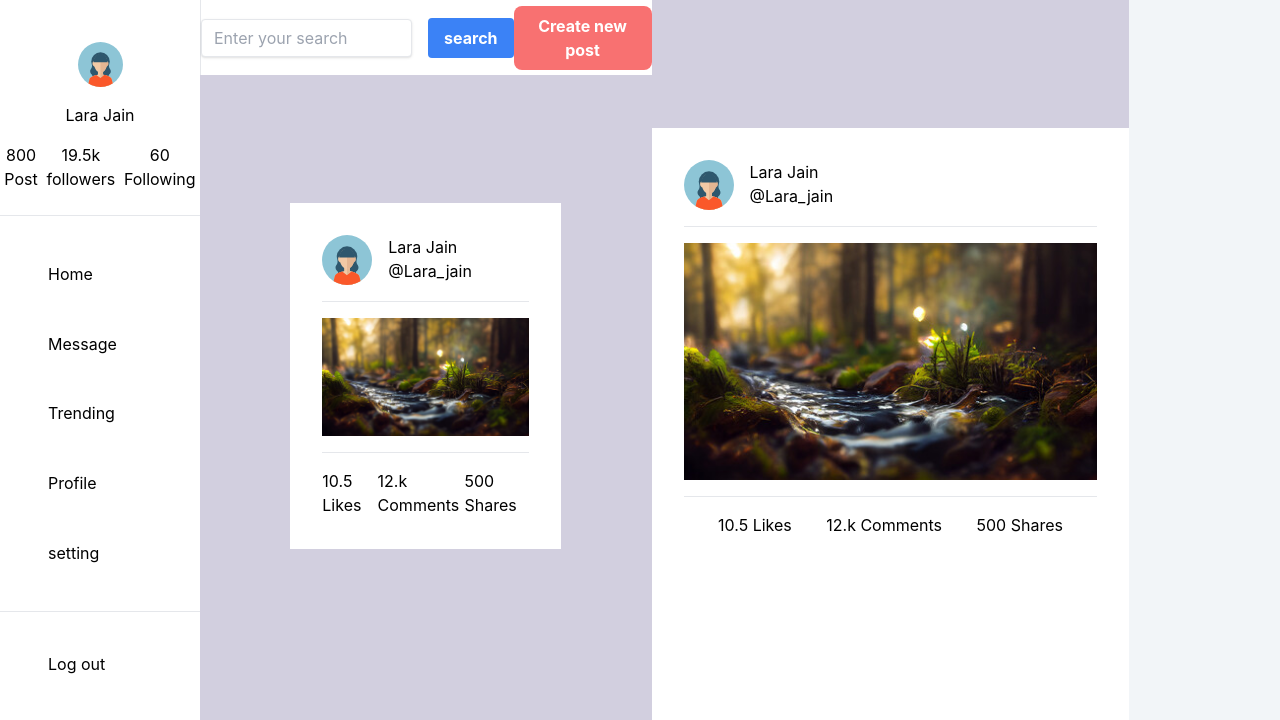
Repository: cosmicswati/upgrad-captions-project
Page: /
The author's editor kept a copy of each file at every save. The page is drawn from the files as they stood at one save, then again after the next save.
The browser window is 1280 px wide. The pictures show the whole page.
The project was rebuilt for these pictures with package versions that can differ from the ones it lists, and the page was loaded fresh each time. Also part of the build but not shown: src/modules/Authorization/Form.jsx, src/modules/Authorization/index.js.

Above is the page before, as saved 2024-04-09 16:21:12.

### src/index.css
@tailwind base;
@tailwind components;
@tailwind utilities;

body {
  margin: 0;
  font-family: -apple-system, BlinkMacSystemFont, 'Segoe UI', 'Roboto', 'Oxygen',
    'Ubuntu', 'Cantarell', 'Fira Sans', 'Droid Sans', 'Helvetica Neue',
    sans-serif;
  -webkit-font-smoothing: antialiased;
  -moz-osx-font-smoothing: grayscale;
}

code {
  font-family: source-code-pro, Menlo, Monaco, Consolas, 'Courier New',
    monospace;
}

.scrollbar-hide::-webkit-scrollbar{
  display: none;
}

### src/App.js
import Auth from "./modules/Authorization";
import Home from "./modules/Home";


function App() {
  return (
    <div>
      {/* <Auth />  */}
      <Home />
    </div>
  );
}

export default App;

### src/modules/Home/index.js
import React from 'react'
import { ReactComponent as Avatar} from '../../assets/Avatar.svg'
import Input from '../../components/Input';
import Button from '../../components/Button';
import postImg from '../../assets/postImg.jpg'

const Home = () => {
  return (
    <div className='h-screen bg-[#d2cfdf]  flex overflow-hidden'>
        <div className='w-[20%] bg-white flex flex-col'>
            <div className='h-[30%] flex justify-center items-center border-b'>
                <div className='flex flex-col justify-center items-center'>
                    <Avatar width={'45px'} height={'45px'}/>
                    <p className='my-4'>Lara Jain</p>
                    <div className='h-[30px] flex justify-around w-[200px] text-center'>
                        <div className='flex flex-col justify-around items-center'>
                            <h4>800</h4>
                            <p>Post</p>
                        </div>
                        <div>
                            <h4>19.5k</h4>
                            <p>followers</p>
                        </div>
                        <div>
                            <h4>60</h4>
                            <p>Following</p>
                        </div>
                    </div>
                </div>
            </div>
            <div className='h-[55%] flex flex-col justify-evenly pl-12 border-b'>
                    <div>Home</div>
                    <div>Message</div>
                    <div>Trending</div>
                    <div>Profile</div>
                    <div>setting</div>
            </div>
            <div className='h-[15%] pt-10'>
                <div className='ml-12 cursor-pointer'>Log out</div>
            </div>
        </div>
        <div className='w-[60%] overflow-scroll h-full scrollbar-hide'>
            <div className='bg-white h-[75px] border-l flex justify-evenly items-center pt-4'>
                 <div className='flex justify-center items-center'>
                    <Input placeholder='Enter your search '/>
                    <Button label='search'  className='mb-4 ml-4'/>
                 </div>
                 <Button label='Create new post'  className='rounded-lg bg-red-400 hover:bg-red-500 mb-4'/>
            </div>
            <div className='bg-white w-[60%]  mx-auto mt-32 p-8'>
                <div className='border-b flex item-center pb-4 mb-4'>
                    <Avatar width={'50px'} height={'50px'} />
                   <div className='ml-4'>
                   <h3>Lara Jain</h3>
                    <p>@Lara_jain</p>
                   </div>
                </div>
                <div className='border-b pb-4 mb-4'>
                    <img src={postImg} width={'500px'}/>
                </div>
                <div className='flex justify-evenly mt-4'>
                    <div>10.5 Likes</div>
                    <div>12.k Comments</div>
                    <div>500 Shares</div>
                </div>
            </div>
        </div>
        <div className='bg-white w-[60%]  mx-auto mt-32 p-8'>
                <div className='border-b flex item-center pb-4 mb-4'>
                    <Avatar width={'50px'} height={'50px'} />
                   <div className='ml-4'>
                   <h3>Lara Jain</h3>
                    <p>@Lara_jain</p>
                   </div>
                </div>
                <div className='border-b pb-4 mb-4'>
                    <img src={postImg} width={'500px'}/>
                </div>
                <div className='flex justify-evenly mt-4'>
                    <div>10.5 Likes</div>
                    <div>12.k Comments</div>
                    <div>500 Shares</div>
                </div>
            </div>
        <div className='w-[20%] bg-[#F2F5F8]'></div>
    </div>
  )
}

export default Home

### src/components/Input/index.js
import React from 'react'

const Input = ({
    name = '',
    label ='',
    type ='',
    placeholder =''
}) => {
  return (
    <div class="mb-4">
        {
          label &&
          <label class="block text-gray-700 text-sm font-bold mb-2" for={name}>
             {label}
          </label>
        }

        <input class="shadow apperance-none border rounded w-full py-2 px-3
         text-gray-700 leading-tight focus:outline-none focus:shadow-outline"
         id={name} type={type} placeholder={placeholder} />

    </div>
  )

}

export default Input

### src/components/Button/index.js
import React from 'react'

const Button = ({
    label ='',
    className =''
}) => {
  return (
    <button className={`bg-blue-500 hover:bg-blue-700 text-white font-bold py-2 px-4 rounded ${className}`}>
      {label}
  </button>
  )
}

export default Button

### tailwind.config.js
/** @type {import('tailwindcss').Config} */
module.exports = {
 mode:'jit',
 purge: [
  './public/**/*.html',
  './src/**/*.{js,jsx,ts,tsx,vue}',
 ],
  content: [
    "./src/**/*.{js,jsx,ts,tsx}",
  ],
  theme: {
    extend: {},
  },
  plugins: [],
}

Loaded but not shown: public/index.html (common file); src/index.js (common file); src/reportWebVitals.js (common file)

After the next save:
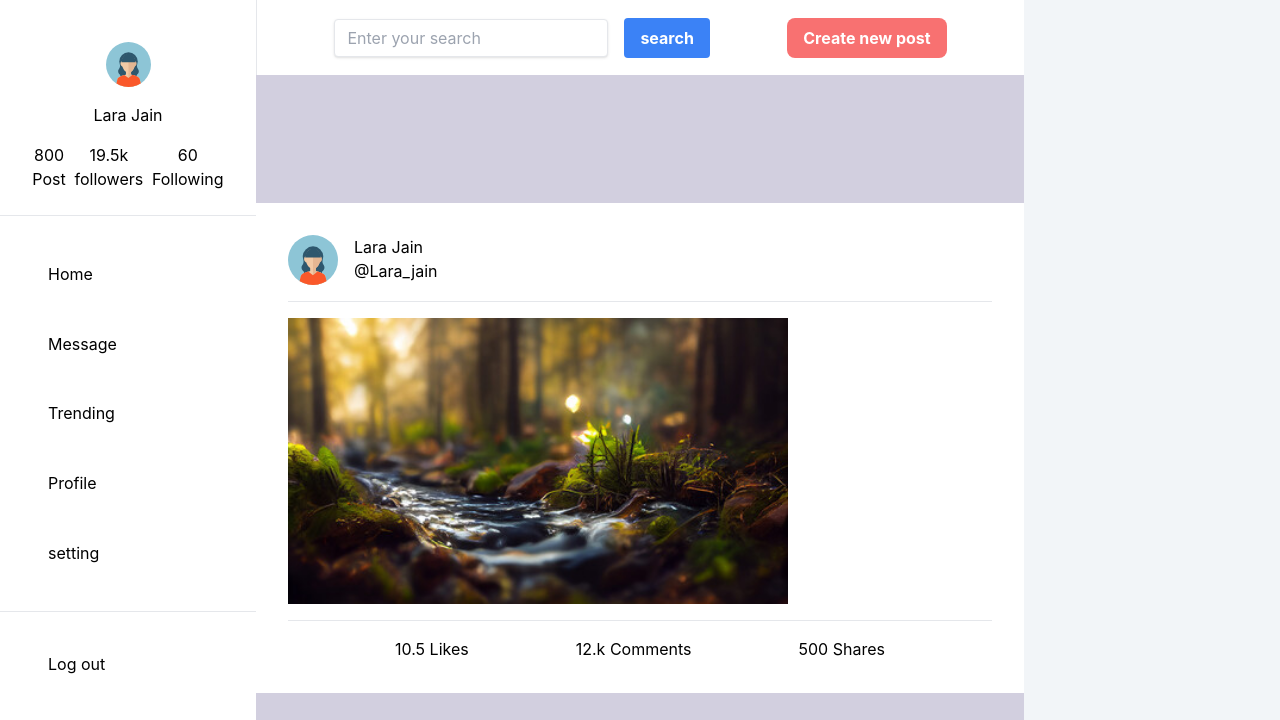
Saved 46 s later.
--- a/src/modules/Home/index.js
+++ b/src/modules/Home/index.js
@@ -1,90 +1,76 @@
-import React from 'react'
-import { ReactComponent as Avatar} from '../../assets/Avatar.svg'
+import React from 'react';
+import { ReactComponent as Avatar } from '../../assets/Avatar.svg';
 import Input from '../../components/Input';
 import Button from '../../components/Button';
-import postImg from '../../assets/postImg.jpg'
+import postImg from '../../assets/postImg.jpg';
 
 const Home = () => {
   return (
-    <div className='h-screen bg-[#d2cfdf]  flex overflow-hidden'>
-        <div className='w-[20%] bg-white flex flex-col'>
-            <div className='h-[30%] flex justify-center items-center border-b'>
-                <div className='flex flex-col justify-center items-center'>
-                    <Avatar width={'45px'} height={'45px'}/>
-                    <p className='my-4'>Lara Jain</p>
-                    <div className='h-[30px] flex justify-around w-[200px] text-center'>
-                        <div className='flex flex-col justify-around items-center'>
-                            <h4>800</h4>
-                            <p>Post</p>
-                        </div>
-                        <div>
-                            <h4>19.5k</h4>
-                            <p>followers</p>
-                        </div>
-                        <div>
-                            <h4>60</h4>
-                            <p>Following</p>
-                        </div>
-                    </div>
-                </div>
+    <div className='h-screen bg-[#d2cfdf] flex overflow-hidden'>
+      <div className='w-[20%] bg-white flex flex-col'>
+        <div className='h-[30%] flex justify-center items-center border-b'>
+          <div className='flex flex-col justify-center items-center'>
+            <Avatar width={'45px'} height={'45px'} />
+            <p className='my-4'>Lara Jain</p>
+            <div className='h-[30px] flex justify-around w-[200px] text-center'>
+              <div className='flex flex-col justify-around items-center'>
+                <h4>800</h4>
+                <p>Post</p>
+              </div>
+              <div>
+                <h4>19.5k</h4>
+                <p>followers</p>
+              </div>
+              <div>
+                <h4>60</h4>
+                <p>Following</p>
+              </div>
             </div>
-            <div className='h-[55%] flex flex-col justify-evenly pl-12 border-b'>
-                    <div>Home</div>
-                    <div>Message</div>
-                    <div>Trending</div>
-                    <div>Profile</div>
-                    <div>setting</div>
+          </div>
+        </div>
+        <div className='h-[55%] flex flex-col justify-evenly pl-12 border-b'>
+          <div>Home</div>
+          <div>Message</div>
+          <div>Trending</div>
+          <div>Profile</div>
+          <div>setting</div>
+        </div>
+        <div className='h-[15%] pt-10'>
+          <div className='ml-12 cursor-pointer'>Log out</div>
+        </div>
+      </div>
+      <div className='w-[60%] overflow-scroll scrollbar-hide'>
+        <div className='bg-white h-[75px] border-l flex justify-evenly items-center pt-4'>
+          <div className='flex justify-center items-center'>
+            <Input placeholder='Enter your search ' />
+            <Button label='search' className='mb-4 ml-4' />
+          </div>
+          <Button
+            label='Create new post'
+            className='rounded-lg bg-red-400 hover:bg-red-500 mb-4'
+          />
+        </div>
+        <div className='bg-white mx-auto mt-32 p-8'>
+          <div className='border-b flex item-center pb-4 mb-4'>
+            <Avatar width={'50px'} height={'50px'} />
+            <div className='ml-4'>
+              <h3>Lara Jain</h3>
+              <p>@Lara_jain</p>
             </div>
-            <div className='h-[15%] pt-10'>
-                <div className='ml-12 cursor-pointer'>Log out</div>
-            </div>
+          </div>
+          <div className='border-b pb-4 mb-4'>
+            <img src={postImg} alt='Post' width={'500px'} />
+          </div>
+          <div className='flex justify-evenly mt-4'>
+            <div>10.5 Likes</div>
+            <div>12.k Comments</div>
+            <div>500 Shares</div>
+          </div>
         </div>
-        <div className='w-[60%] overflow-scroll h-full scrollbar-hide'>
-            <div className='bg-white h-[75px] border-l flex justify-evenly items-center pt-4'>
-                 <div className='flex justify-center items-center'>
-                    <Input placeholder='Enter your search '/>
-                    <Button label='search'  className='mb-4 ml-4'/>
-                 </div>
-                 <Button label='Create new post'  className='rounded-lg bg-red-400 hover:bg-red-500 mb-4'/>
-            </div>
-            <div className='bg-white w-[60%]  mx-auto mt-32 p-8'>
-                <div className='border-b flex item-center pb-4 mb-4'>
-                    <Avatar width={'50px'} height={'50px'} />
-                   <div className='ml-4'>
-                   <h3>Lara Jain</h3>
-                    <p>@Lara_jain</p>
-                   </div>
-                </div>
-                <div className='border-b pb-4 mb-4'>
-                    <img src={postImg} width={'500px'}/>
-                </div>
-                <div className='flex justify-evenly mt-4'>
-                    <div>10.5 Likes</div>
-                    <div>12.k Comments</div>
-                    <div>500 Shares</div>
-                </div>
-            </div>
-        </div>
-        <div className='bg-white w-[60%]  mx-auto mt-32 p-8'>
-                <div className='border-b flex item-center pb-4 mb-4'>
-                    <Avatar width={'50px'} height={'50px'} />
-                   <div className='ml-4'>
-                   <h3>Lara Jain</h3>
-                    <p>@Lara_jain</p>
-                   </div>
-                </div>
-                <div className='border-b pb-4 mb-4'>
-                    <img src={postImg} width={'500px'}/>
-                </div>
-                <div className='flex justify-evenly mt-4'>
-                    <div>10.5 Likes</div>
-                    <div>12.k Comments</div>
-                    <div>500 Shares</div>
-                </div>
-            </div>
-        <div className='w-[20%] bg-[#F2F5F8]'></div>
+      </div>
+      <div className='w-[20%] bg-[#F2F5F8]'></div>
     </div>
-  )
-}
+  );
+};
 
-export default Home
+export default Home;
